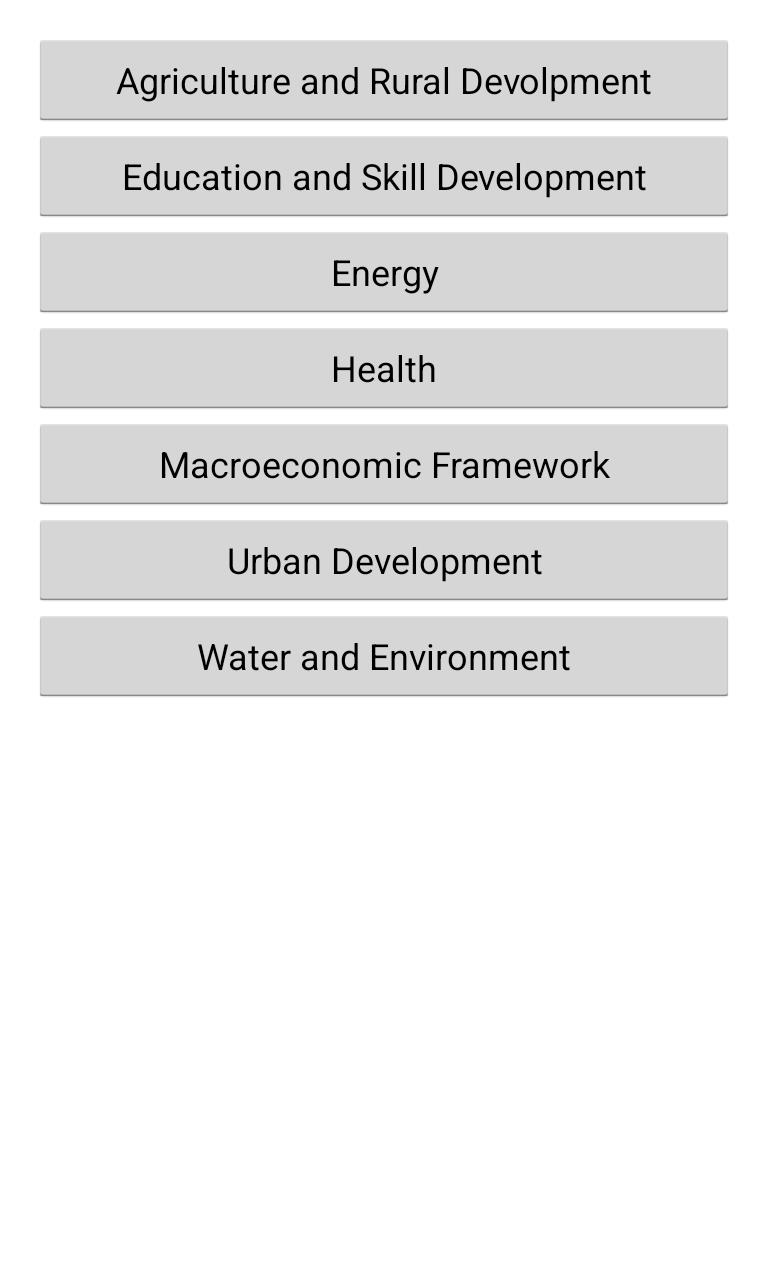
Repository: monisjaved/CalcAndroid
Layout: Main/res/layout/main.xml
These files come from the project's save history. The layout is drawn as it stood at one moment and after the next save; the edit follows.
It is drawn on a 768 x 1280 px phone screen (xhdpi) without system bars, with theme AppTheme; the app's code is not run.

Above is the layout before, as saved 2013-04-06 22:21:34.

After the next save:
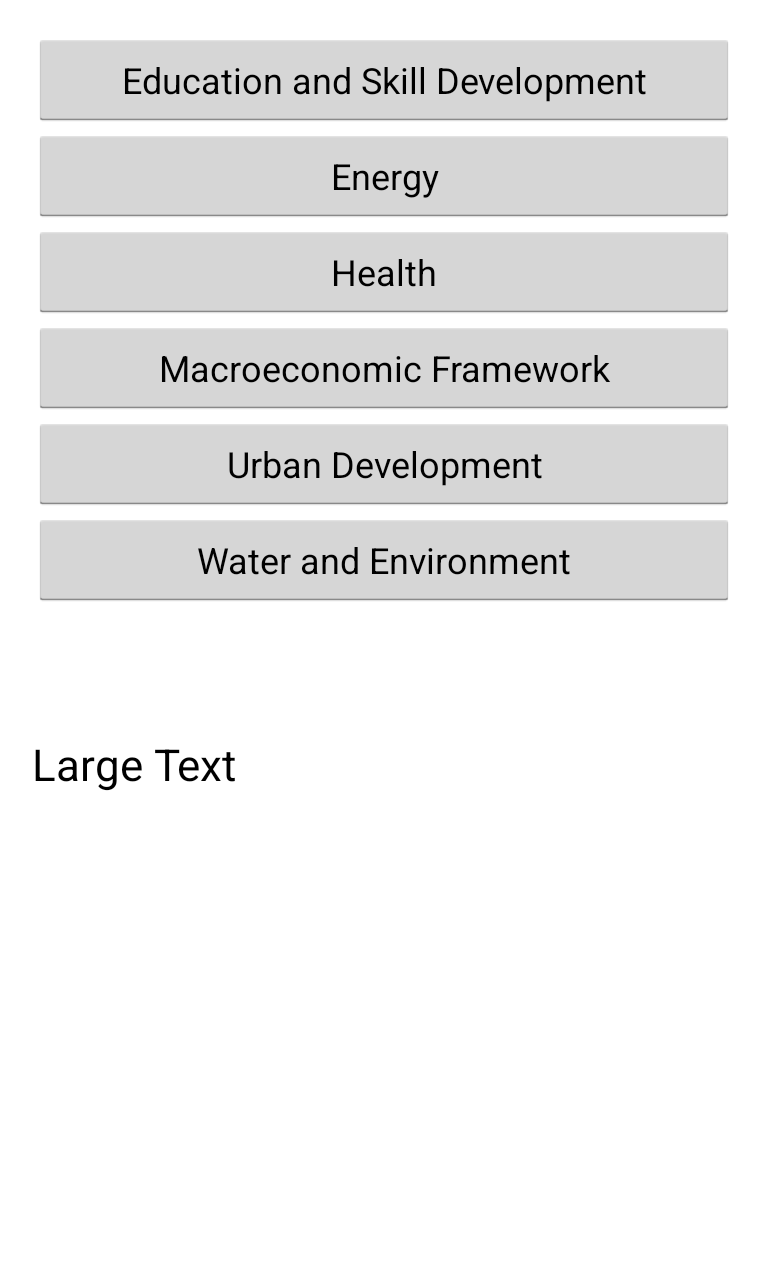
Saved 2 min 0 s later.
--- a/Main/res/layout/main.xml
+++ b/Main/res/layout/main.xml
@@ -57,18 +57,13 @@
         android:text="@string/button7" >
     </Button>
 
-    <Button
-        android:id="@+id/button1"
-        android:layout_width="match_parent"
-        android:layout_height="wrap_content"
-        android:layout_alignLeft="@+id/button2"
-        android:text="@string/button1" />
+
 
     <TextView
         android:id="@+id/textView1"
         android:layout_width="wrap_content"
         android:layout_height="wrap_content"
-        android:layout_below="@+id/button1"
+        android:layout_below="@+id/button7"
         android:layout_marginTop="63dp"
         android:layout_toRightOf="@+id/button1"
         android:text="Large Text"

After the save that followed:
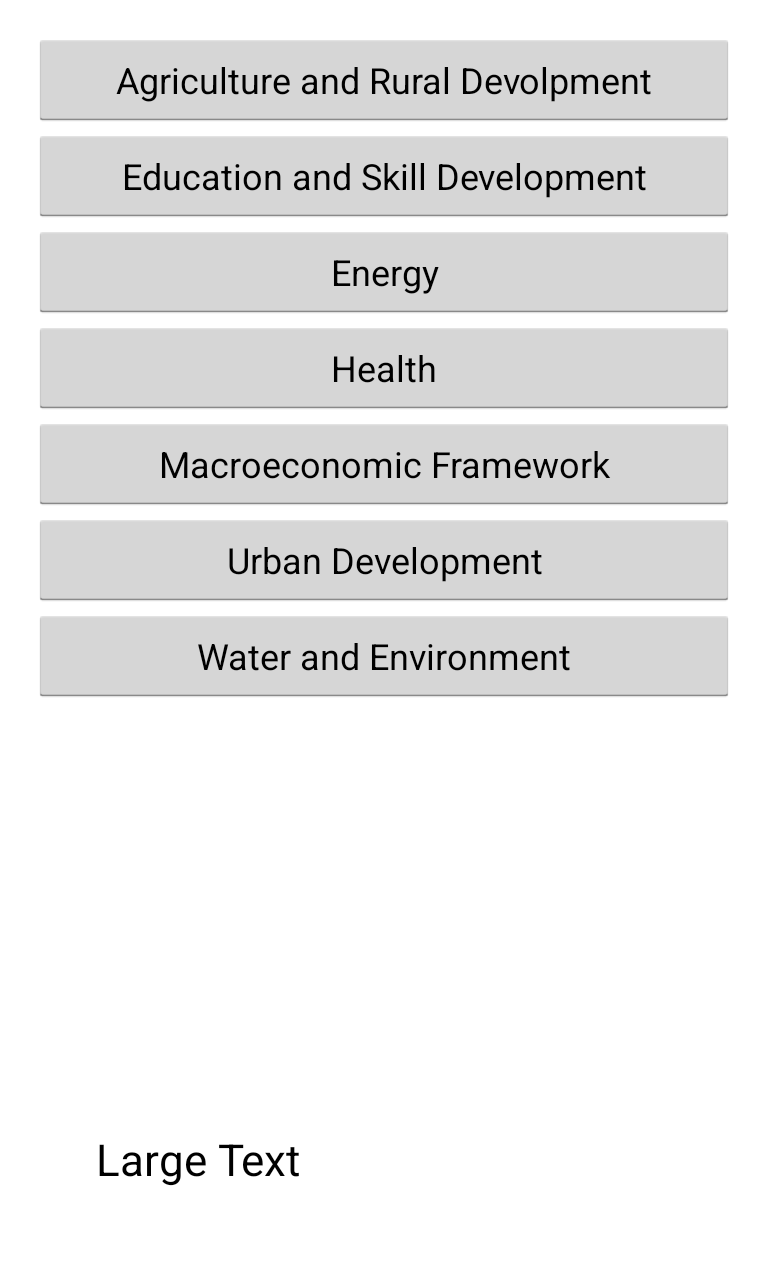
Saved 50 s later.
--- a/Main/res/layout/main.xml
+++ b/Main/res/layout/main.xml
@@ -7,6 +7,13 @@
     android:paddingRight="@dimen/activity_horizontal_margin"
     android:paddingTop="@dimen/activity_vertical_margin"
     tools:context=".Main" >
+
+    <Button android:id="@+id/button1"
+        android:layout_width="match_parent"
+        android:layout_height="wrap_content"
+        android:layout_centerHorizontal="true"
+        android:text="@string/button1" >
+    </Button>
 
     <Button android:id="@+id/button2"
         android:layout_width="match_parent"
@@ -57,17 +64,15 @@
         android:text="@string/button7" >
     </Button>
 
-
-
     <TextView
         android:id="@+id/textView1"
         android:layout_width="wrap_content"
         android:layout_height="wrap_content"
-        android:layout_below="@+id/button7"
-        android:layout_marginTop="63dp"
-        android:layout_toRightOf="@+id/button1"
+        android:layout_alignLeft="@+id/button7"
+        android:layout_alignParentBottom="true"
+        android:layout_marginBottom="30dp"
+        android:layout_marginLeft="32dp"
         android:text="Large Text"
-        android:textAppearance="?android:attr/textAppearanceLarge" >
-    </TextView>
+        android:textAppearance="?android:attr/textAppearanceLarge" />
 
 </RelativeLayout>
